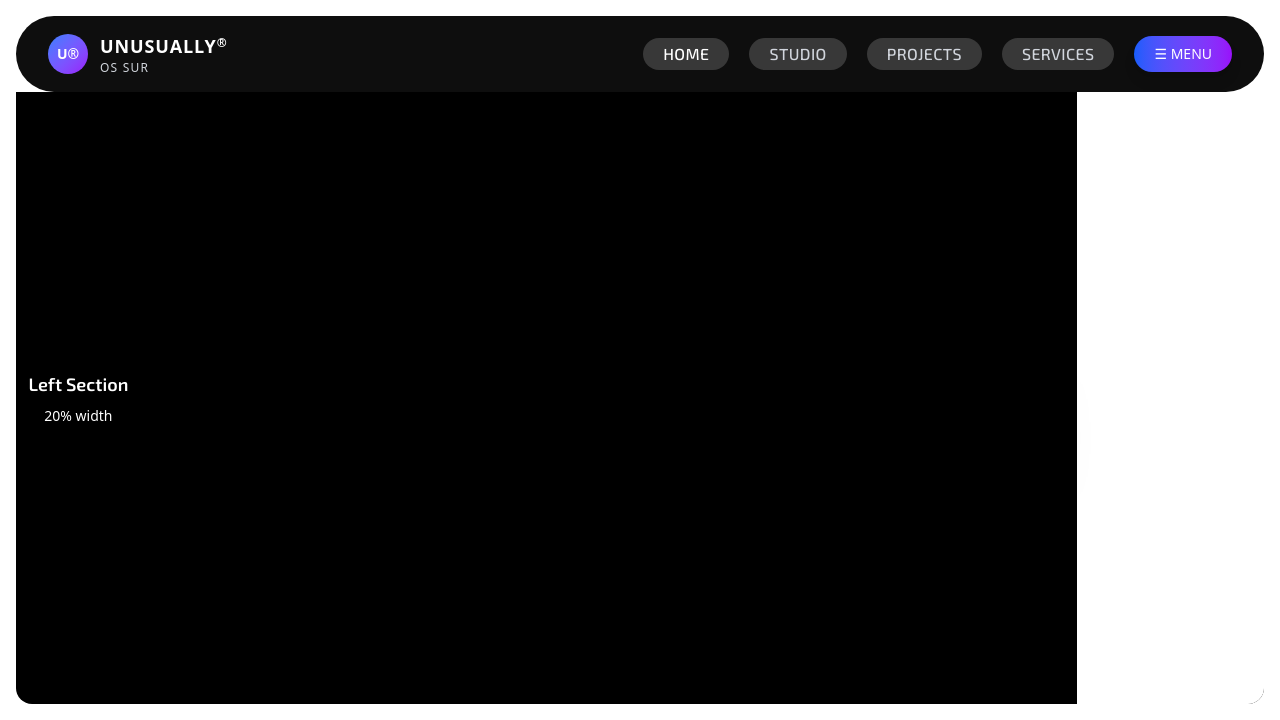
Repository: A-y-u-s-h-29/Digital-Express-India-With-Carrer-Page-And-RazorPay
Page: / (app in op/)
These files come from the project's save history. The page is drawn as it stood at one moment and after the next save; the edit follows.
The browser window is 1280 px wide. The pictures show the whole page.
Some web fonts or font styles are not loaded; a fallback is used. The project was rebuilt for these pictures with package versions that can differ from the ones it lists, and the page was loaded fresh each time. Also part of the build but not shown: op/vite.config.js.

Above is the page before, as saved 2025-12-04 14:48:21.

### op/index.html
<!doctype html>
<html lang="en">
  <head>
    <meta charset="UTF-8" />
    <link rel="icon" type="image/svg+xml" href="/vite.svg" />
    <meta name="viewport" content="width=device-width, initial-scale=1.0" />
    <link rel="preconnect" href="https://fonts.googleapis.com">
<link rel="preconnect" href="https://fonts.gstatic.com" crossorigin>
<link href="https://fonts.googleapis.com/css2?family=Alan+Sans:wght@300..900&family=Big+Shoulders:opsz,wght@10..72,100..900&family=Exo+2:ital,wght@0,100..900;1,100..900&family=Montserrat:ital,wght@0,100..900;1,100..900&family=Orbitron:wght@400..900&family=Poppins:ital,wght@0,100;0,200;0,300;0,400;0,500;0,600;0,700;0,800;0,900;1,100;1,200;1,300;1,400;1,500;1,600;1,700;1,800;1,900&family=Rajdhani:wght@300;400;500;600;700&display=swap" rel="stylesheet">
<link rel="preconnect" href="https://fonts.googleapis.com">
<link rel="preconnect" href="https://fonts.gstatic.com" crossorigin>
<link href="https://fonts.googleapis.com/css2?family=Alan+Sans:wght@300..900&family=Big+Shoulders:opsz,wght@10..72,100..900&family=Exo+2:ital,wght@0,100..900;1,100..900&family=Montserrat:ital,wght@0,100..900;1,100..900&family=Orbitron:wght@400..900&family=Poppins:ital,wght@0,100;0,200;0,300;0,400;0,500;0,600;0,700;0,800;0,900;1,100;1,200;1,300;1,400;1,500;1,600;1,700;1,800;1,900&family=Rajdhani:wght@300;400;500;600;700&display=swap" rel="stylesheet">
    <title>op</title>
  </head>
  <body>
    <div id="root"></div>
    <script type="module" src="/src/main.jsx"></script>
  </body>
</html>

### op/src/index.css
@import "tailwindcss";
*{
  box-sizing: border-box;
}
.big {
  font-family: "Big Shoulders", sans-serif;

  font-style: normal;
}
.exo {
  font-family: "Exo 2", sans-serif;

  font-style: normal;
}

### op/src/App.jsx
import React from 'react'
import Home from './components/Home'

function App() {
  return (
   <>
   <Home/>


   </>
  )
}

export default App

### op/src/components/Home.jsx
import React from "react";
import Navbar from "./Navbar";

function Home() {


  return (
    <div className="w-full max-h-screen lg:h-[120vh]  lg:py-4 lg:px-4">
      <div
        className="rounded-b-4xl lg:rounded-2xl w-full h-full  flex flex-col relative overflow-hidden"

      >


        {/* Transparent Navbar */}
        <div className="relative z-20">
          <Navbar />
        </div>

        {/* Three Column Layout */}
        <div className="flex flex-1 relative z-10  bg-black">
          {/* Left Column - 20% width */}
          <div className="w-[10%] flex items-center justify-center">
            <div className="text-white text-center">
              <p className="exo font-semibold text-lg">Left Section</p>
              <p className="text-sm mt-2">20% width</p>
            </div>
          </div>

          {/* Middle Column - 60% width */}
         <div className="w-[75%] flex flex-col justify-center items-center big">
  <div className=" w-full h-full flex flex-col">

    {/* Top Row - 40% height */}
    <div className="h-[40%] flex items-end justify-center pb-4 ">
      <h1 className="text-5xl md:text-9xl leading-tight md:leading-[4.5rem]  font-bold text-black drop-shadow-2xl">
       SHAPING THE
      </h1>
    </div>

    {/* Middle Row - 30% height */}
    <div className="h-[25%] flex items-center justify-center ">
       <h1 className="text-5xl md:text-9xl leading-tight lg:leading-[4.5rem]  font-bold text-black drop-shadow-2xl">
    FUTURE WITH
      </h1>
    </div>

    {/* Bottom Row - 30% height */}
    <div className="h-[35%] flex items-start justify-center pt-4">
      <h1 className="text-5xl md:text-9xl leading-tight lg:leading-[4.5rem]  font-bold text-black drop-shadow-2xl">
      SMART SOLUTIONS
      </h1>
    </div>

  </div>
</div>
          {/* Right Column - 20% width */}
          <div className="w-[15%] flex items-center justify-center bg-white">
            <div className="text-white text-center">
              <p className="exo font-semibold text-lg">Right Section</p>
              <p className="text-sm mt-2">20% width</p>
            </div>
          </div>
        </div>


      </div>
    </div>
  );
}

export default Home;

### op/src/components/Navbar.jsx
import React, { useState, useRef, useEffect } from 'react';
import { gsap } from 'gsap';

function Navbar({ isHomePage = false }) {
  const [isMenuOpen, setIsMenuOpen] = useState(false);
  const menuOverlayRef = useRef(null);
  const mobileMenuRef = useRef(null);

  // Menu items data for the menu overlay
  const menuOverlayItems = [
    { title: 'HOME', number: '01' },
    { title: 'ABOUT', number: '02' },
    { title: 'PROJECTS', number: '03' },
    { title: 'SERVICES', number: '04' },

  ];

  // Menu items for navbar links
  const navMenuItems = [
    { title: 'HOME', color: 'from-blue-500 to-cyan-400' },
    { title: 'STUDIO', color: 'from-purple-500 to-pink-500' },
    { title: 'PROJECTS', color: 'from-green-500 to-emerald-400' },
    { title: 'SERVICES', color: 'from-yellow-500 to-orange-500' },
    { title: 'ABOUT', color: 'from-red-500 to-rose-400' },
    { title: 'CONTACT', color: 'from-indigo-500 to-blue-400' },
  ];

  // Initialize menu as hidden
  useEffect(() => {
    if (menuOverlayRef.current) {
      menuOverlayRef.current.style.display = 'none';
    }
  }, []);

  const handleMenuClick = () => {
    const wasOpen = isMenuOpen;
    setIsMenuOpen(!wasOpen);

    if (!wasOpen) {
      // OPEN MENU ANIMATION - bottom-right से slide in
      if (menuOverlayRef.current) {
        menuOverlayRef.current.style.display = 'flex';

        // Get the menu container
        const menuContainer = menuOverlayRef.current.querySelector('.relative');

        if (menuContainer) {
          // Initial position - off screen bottom-right
          gsap.set(menuContainer, {
            x: '100%',
            y: '100%',
            opacity: 0,
            scale: 0.9,
            transformOrigin: 'bottom right'
          });

          // Animate to position
          gsap.to(menuContainer, {
            x: 0,
            y: 0,
            opacity: 1,
            scale: 1,
            duration: 0.8,
            ease: 'expo.out'
          });

          // Background fade in
          gsap.fromTo(menuOverlayRef.current,
            { opacity: 0 },
            { opacity: 1, duration: 0.4 }
          );

          // Menu items animation (from bottom)
          const menuItems = menuContainer.querySelectorAll('.menu-item');
          gsap.fromTo(menuItems,
            {
              opacity: 0,
              y: 40
            },
            {
              opacity: 1,
              y: 0,
              duration: 0.6,
              stagger: 0.1,
              delay: 0.3,
              ease: 'power3.out'
            }
          );

          // Close button animation
          const closeBtn = menuContainer.querySelector('.close-btn');
          if (closeBtn) {
            gsap.fromTo(closeBtn,
              { opacity: 0, rotation: -45 },
              { opacity: 1, rotation: 0, duration: 0.5, delay: 0.8 }
            );
          }
        }
      }

      // Mobile menu animation
      if (mobileMenuRef.current) {
        gsap.fromTo(
          mobileMenuRef.current,
          { height: 0, opacity: 0 },
          { height: 'auto', opacity: 1, duration: 0.4 }
        );
      }
    } else {
      // CLOSE MENU ANIMATION - bottom-right को slide out
      if (menuOverlayRef.current) {
        const menuContainer = menuOverlayRef.current.querySelector('.relative');

        if (menuContainer) {
          // Menu items exit
          const menuItems = menuContainer.querySelectorAll('.menu-item');
          gsap.to(menuItems,
            {
              opacity: 0,
              y: 20,
              duration: 0.3,
              stagger: 0.05,
              ease: 'power2.in'
            }
          );

          // Close button exit
          const closeBtn = menuContainer.querySelector('.close-btn');
          if (closeBtn) {
            gsap.to(closeBtn, {
              opacity: 0,
              rotation: 45,
              duration: 0.3
            });
          }

          // Menu container slide out to bottom-right
          gsap.to(menuContainer, {
            x: '100%',
            y: '100%',
            opacity: 0,
            scale: 0.9,
            duration: 0.6,
            ease: 'expo.in',
            onComplete: () => {
              if (menuOverlayRef.current) {
                menuOverlayRef.current.style.display = 'none';
              }
            }
          });

          // Background fade out
          gsap.to(menuOverlayRef.current, {
            opacity: 0,
            duration: 0.4
          });
        }
      }

      // Mobile menu exit animation
      if (mobileMenuRef.current) {
        gsap.to(mobileMenuRef.current, {
          height: 0,
          opacity: 0,
          duration: 0.3
        });
      }
    }
  };

  return (
    <>
      {/* Main Navbar */}
      <nav
        className={`w-full px-6 py-4 lg:px-8 lg:py-4 ${isHomePage ? 'bg-transparent' : 'bg-[#0E0E0E]'} rounded-full relative z-50`}
      >
        <div className="flex items-center justify-between">
          {/* Logo/Brand Section */}
          <div className="flex items-center">
            <div className="w-10 h-10 rounded-full bg-gradient-to-br from-blue-500 to-purple-600 flex items-center justify-center mr-3">
              <span className="text-white font-bold text-sm">U®</span>
            </div>
            <div className="flex flex-col">
              <span className="text-white font-bold text-lg tracking-wider">UNUSUALLY<sup className="text-xs">®</sup></span>
              <span className="text-gray-300 text-xs tracking-widest">OS SUR</span>
            </div>
          </div>

          <div className='flex items-center gap-5'>
            {/* Desktop Navigation Links */}
            <div className="hidden md:flex items-center space-x-5 exo text-md">
              {navMenuItems.slice(0, 4).map((item, index) => (
                <a
                  key={index}
                  href="#"
                  className={`text-gray-300 font-medium tracking-wide hover:text-white transition-colors duration-300 bg-[#383838] px-5 py-1 rounded-full ${item.title === 'HOME' ? 'text-white' : ''}`}
                >
                  {item.title}
                </a>
              ))}
            </div>

            {/* Menu Button */}
            <button
              onClick={handleMenuClick}
              className="px-5 py-2 bg-gradient-to-r from-blue-600 to-purple-600 text-white text-sm font-medium rounded-full hover:from-blue-700 hover:to-purple-700 transition-all duration-300 shadow-lg hover:shadow-xl relative z-50"
            >
              {isMenuOpen ? '✕ CLOSE' : '☰ MENU'}
            </button>

            {/* Mobile Menu Button (Hamburger) */}
            <button
              onClick={handleMenuClick}
              className="ml-4 md:hidden relative z-50"
            >
              <div className={`w-6 h-0.5 bg-white mb-1.5 transition-all duration-300 ${isMenuOpen ? 'rotate-45 translate-y-2' : ''}`}></div>
              <div className={`w-6 h-0.5 bg-white mb-1.5 transition-all duration-300 ${isMenuOpen ? 'opacity-0' : ''}`}></div>
              <div className={`w-6 h-0.5 bg-white transition-all duration-300 ${isMenuOpen ? '-rotate-45 -translate-y-2' : ''}`}></div>
            </button>
          </div>
        </div>

        {/* Mobile Menu Dropdown */}
        <div
          ref={mobileMenuRef}
          className="md:hidden mt-4 pt-4 border-t border-gray-800 overflow-hidden"
          style={{ height: '0px' }}
        >
          <div className="flex flex-col space-y-4">
            {navMenuItems.map((item, index) => (
              <a
                key={index}
                href="#"
                className={`text-gray-300 font-medium py-2 hover:text-white transition-colors ${item.title === 'HOME' ? 'text-white' : ''}`}
              >
                {item.title}
              </a>
            ))}
          </div>
        </div>
      </nav>

      {/* Fullscreen Menu Overlay */}
      <div
        ref={menuOverlayRef}
        className="fixed inset-0  z-40 hidden items-end justify-end px-4 rounded-2xl "
      >
        {/* Menu Container - Image के according simple design */}
        <div
          className="relative h-[70vh] w-[45vw] bg-[#0E0E0E]  rounded-4xl overflow-hidden shadow-2xl transform-gpu "
          style={{
            transformOrigin: 'bottom right'
          }}
        >
          {/* Simple Header with Brand */}
          <div className="absolute top-8 left-8">
            <div className="flex items-center space-x-3">

              <div>

              </div>
            </div>
          </div>



          {/* Main Content Area - Center aligned like image */}
          <div className="h-full flex flex-col justify-center items-center px-12 ">
            {/* Menu Items - Single Column, Large text like image */}
            <div className="w-full  space-y-2">
              {menuOverlayItems.map((item, index) => (
                <a
                  key={index}
                  href="#"
                  className="menu-item group relative block w-full"
                >
                  <div className="flex items-center justify-between">
                    {/* Title - Left side */}
                    <div className="relative overflow-hidden p-0.5">
                      <h3 className="text-white font-extrabold text-5xl lg:text-6xl  exo tracking-tight opacity-90 group-hover:opacity-100 transition-all duration-500">
                        {item.title}
                      </h3>
                      {/* Underline animation */}

                    </div>

                    {/* Number in parentheses - Right side */}
                    <div className="text-gray-500 text-3xl lg:text-4xl font-light group-hover:text-white transition-colors duration-500">
                      ({item.number})
                    </div>
                  </div>
                </a>
              ))}
            </div>


          </div>


        </div>
      </div>
    </>
  );
}

export default Navbar;

Loaded but not shown: op/src/main.jsx (common file)

After the next save:
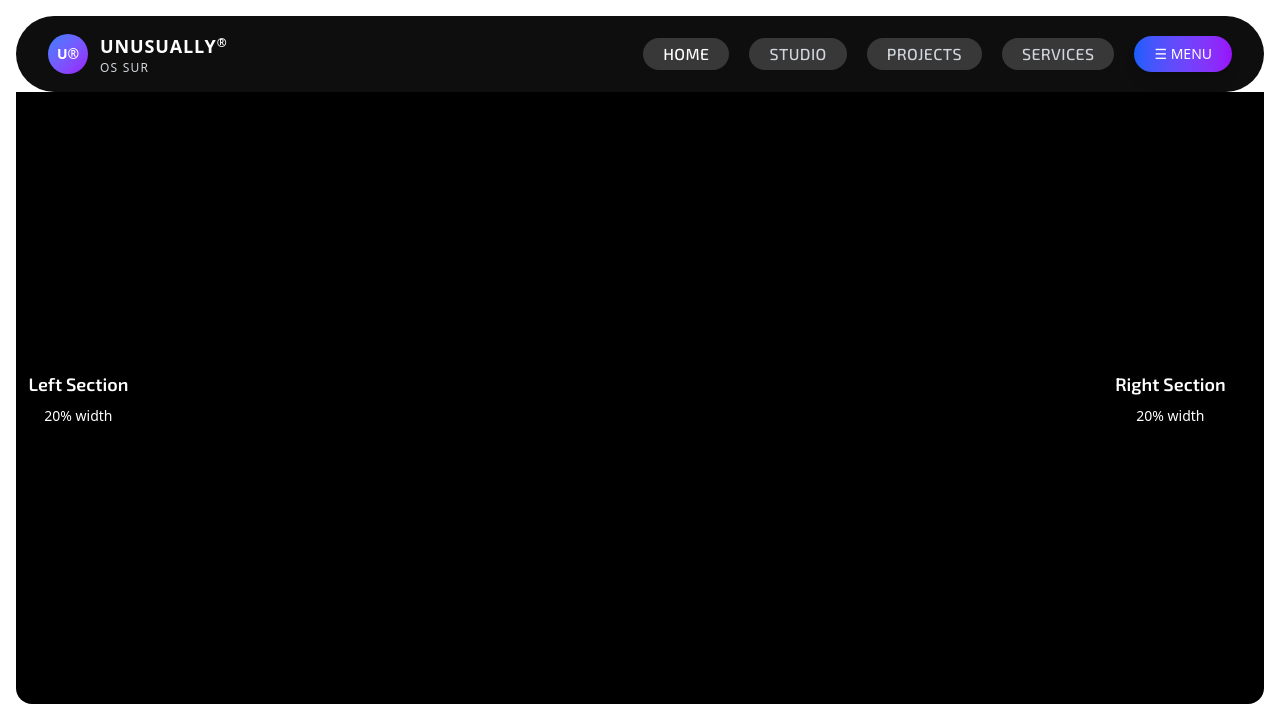
Saved 8 s later.
--- a/op/src/components/Home.jsx
+++ b/op/src/components/Home.jsx
@@ -55,7 +55,7 @@ function Home() {
   </div>
 </div>
           {/* Right Column - 20% width */}
-          <div className="w-[15%] flex items-center justify-center bg-white">
+          <div className="w-[15%] flex items-center justify-center ">
             <div className="text-white text-center">
               <p className="exo font-semibold text-lg">Right Section</p>
               <p className="text-sm mt-2">20% width</p>
